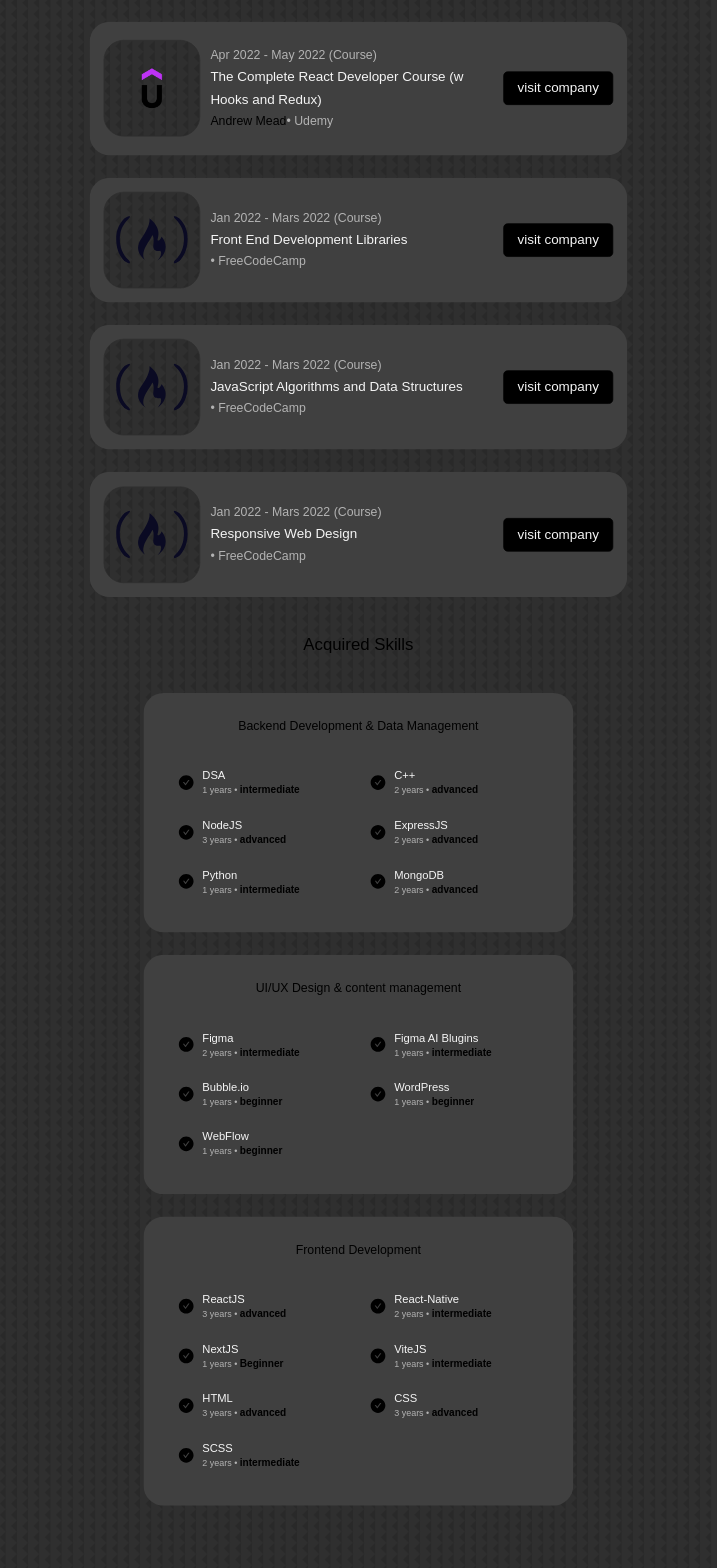
Repository: Z-Bahaa/project_joker_react_portfolio
Page: /
An editor plug-in stored every save of this project. The page is shown before and after the next save, followed by the edit.
The browser window is 1024 px wide. The pictures show the part of the page from y = 4260 to 6500 px (the page is 8096 px tall before and 8663 px after), at 70% of full size.
Some web fonts or font styles are not loaded; a fallback is used. The project was rebuilt for these pictures with package versions that can differ from the ones it lists, and the page was loaded fresh each time. Imported but missing from the stored project, and not drawn on this page: src/assets/resume.pdf.

Above is the page before, as saved 2023-08-21 18:28:23.

### public/index.html
<!DOCTYPE html>
<html lang="en">

<head>
  <meta charset="UTF-8">
  <meta name="viewport" content="width=device-width, initial-scale=1.0">
  <title>Zeyad Bahaa</title>
  <link rel="shortcut icon" href="/Logo.png" />
</head>

<body>
  <div id="root"></div>
</body>

</html>

### src/App.jsx
import Header from './components/header/Header'
import Nav from './components/nav/Nav'
import About from './components/about/About'
import Experience from './components/experience/Experience'
// import Services from './components/services/Services'
import Portfolio from './components/portfolio/Portfolio'
// import Testimonials from './components/testimonials/Testimonials'
import Contact from './components/contact/Contact'
import Footer from './components/footer/Footer'


const App = () => {
  return (
    <>
      <Header />
      <Nav />
      <About />
      <Portfolio />
      <Experience />
      {/* <Services /> */}
{/*       <Testimonials /> */}
      <Contact />
      <Footer />

    </>
  )
}

export default App

### src/components/header/Header.jsx
import './header.css';
import CTA from './CTA'
import ME from '../../assets/me-3.png'
import HeaderSocials from './HeaderSocials'

const Header = () => {
  return (
    <div className='header container' id='home'>
      <div className='header__container'>
        <h5>Hello, I'm</h5>
        <h1>Zeyad Bahaa</h1>
        <h5 className="text-light">Software & web development Enthusiast</h5>
        <CTA />
        <HeaderSocials />

        <div className="me">
          <img src={ME} alt="" />
        </div>

        <a href='#contact' className="scroll__down">Scroll Down</a>
      </div>
    </div>
  )
}

export default Header

### src/components/nav/Nav.jsx
import './nav.css'
import { AiOutlineHome, AiOutlineUser, AiOutlineMessage } from 'react-icons/ai'
import { BiBookAlt } from 'react-icons/bi'
import { BsBagDash } from 'react-icons/bs'
import { useState} from 'react'

const Nav = () => {
  const [activeNav, setActiveNAv] = useState('#')
  return (
    <div className="nav">
      <a href="#home" className={activeNav === '#' ? 'active' : ''} onClick={() => setActiveNAv('#')}><AiOutlineHome /></a>
      <a href="#about" className={activeNav === '#about' ? 'active' : ''} onClick={() => setActiveNAv('#about')}><AiOutlineUser /></a>
      <a href="#portfolio" className={activeNav === '#services' ? 'active' : ''} onClick={() => setActiveNAv('#services')}><BsBagDash /></a>
      <a href="#experience" className={activeNav === '#experience' ? 'active' : ''} onClick={() => setActiveNAv('#experience')}><BiBookAlt /></a>
      <a href="#contact" className={activeNav === '#contact' ? 'active' : ''} onClick={() => setActiveNAv('#contact')}><AiOutlineMessage /></a>
    </div>
  )
}

export default Nav

### src/components/about/About.jsx
import './about.css'
import ME from '../../assets/me-3.png'
/* import { FiAward, FiUsers } from 'react-icons/fi'
import { AiFillFolderOpen } from 'react-icons/ai' */
const About = () => {
  return (
    <div className="section" id="about">
      <h5>Get To Know</h5>
      <h2>About Me</h2>

      <div className="container about__container">
        <div className="about__me">
          <div className="about__me-image">
            <img src={ME} alt="About" />
          </div>
        </div>

        <div className="about__content">
          {/* <div className="about__cards">

            <div className="about__card">
              <FiAward className="about__icon" />
              <h5>Experience</h5>
              <small>3+ Years Working</small>
            </div>

            <div className="about__card">
              <FiUsers className="about__icon" />
              <h5>Clients</h5>
              <small>200+ Worldwide</small>
            </div>

            <div className="about__card">
              <AiFillFolderOpen className="about__icon" />
              <h5>Projects</h5>
              <small>80+ Completed Projects</small>
            </div>

          </div> */}

          <p>
          Confident young professional with a passion for learning and development. eager to leverage education and training in the software development space to support the growth and success of a High performing organization. Strong track record of settling effective goals and leading teams to achieve those goals. committed to continuous improvement and driving team success.
          </p>

          <a href="#contact" className="btn btn-primary">Let's Talk</a>
        </div>
      </div>
    </div>
  )
}

export default About

### src/components/experience/Experience.jsx
import './experience.css'
import {skills, experience} from '../../data/experiences'
import { AiFillCheckCircle } from 'react-icons/ai'

const Experience = () => {
  return (
    <div className="section" id="experience">
      <h5>What Skills Do I Have?</h5>
      <h2>My Experiences</h2>
      <div className="history__container">
        {
          experience.map((e) => (
            <div>
              <div className="image-container">
                <img src={e.image} alt='company logo'/>
              </div>
              <div className="course-details-container">
                <p>{e.date}</p>
                <h1>{e.title}</h1>
                <section>
                  <span>{e.address.city}</span>
                  <p> • {e.address.country}</p>
                </section>
              </div>
              <a href={e.url} target="_blank" rel="noreferrer">
                <button className="btn btn-primary" >
                  <h1>visit company</h1>
                </button>
              </a>
            </div>
          ))
        }
      </div>
      <h2>Acquired Skills</h2>
      <div className="experience__container">
        {
          skills.map((field) => (
            <div>
              <h3>{field.title}</h3>
              <div className="experience__content">
                {
                  field.list.map((item) => (
                    <div className="experience__details">

                        <AiFillCheckCircle className="experience__details-icon"/>
                        <div>
                          <h4>{item.name}</h4>
                          <small>{(item.experience + " ")} • <span>{" " + item.level}</span> </small>
                        </div>
                    </div>
                  ))
                }
              </div>
            </div>
          ))
        }
      </div>

    </div>
  )
}

export default Experience

### src/components/portfolio/Portfolio.jsx
import './portfolio.css'
import projects from '../../data/projects'



const Portfolio = () => {
  return (
    <div className="section" id='portfolio'>
      <h5>My Recent Work</h5>
      <h2>Portfolio</h2>

      <div className="container portfolio__container">
        {
          projects.map(item => (
            <div  key={item.id} className="portfolio__item">
              <img src={item.img} className="portfolio__item-image" alt=""/>
              <h3>{item.title || 'This is a portfolio item title'}</h3>
              <p>{item.tech || 'This is a portfolio item title'}</p>
              <div className="portfolio__item-cta">
                <a className="btn" href={item.github} target='_blank' rel="noreferrer">Github</a>
                <a className="btn btn-primary" href={item.demo} target='_blank' rel="noreferrer">Live Demo</a>
              </div>
            </div>
          ))
        }
      </div>
    </div>
  )
}

export default Portfolio

### src/components/contact/Contact.jsx
import './contact.css'
import { AiOutlineMail, AiOutlineWhatsApp } from 'react-icons/ai'
import { RiMessengerLine } from 'react-icons/ri'


const Contact = () => {

  return (
    <div className="section" id="contact">
      <h5>Get In Touch</h5>
      <h2>Contact Me</h2>

      <div className="container contact__container">
        <div className="contact__options">

          <div className="contact__option">
            <AiOutlineMail className='contact__option-icon'/>
            <h4>Email</h4>
            <h5>zizobahaapersonal@gmail.com</h5>
            <a href="mailto:zizobahaapersonal@gmail.com">Send a message</a>
          </div>

          <div className="contact__option">
            <RiMessengerLine className='contact__option-icon'/>
            <h4>Messenger</h4>
            <h5>Zizo Bahaa</h5>
            <a href="https://m.me/100071918118359">Send a message</a>
          </div>
          <div className="contact__option">
            <AiOutlineWhatsApp className='contact__option-icon' />
            <h4>WhatsApp</h4>
            <h5>+201020730202</h5>
            <a href="https://api.whatsapp.com/send?phone=201020730202" >Send a message</a>
          </div>

        </div>

{        <form
          // ref={form}
          // onSubmit={sendEmail}
          >
          <input type="text" name="name" placeholder="Your Full Name" required/>
          <input type="email" name="email" placeholder="Your Email" required/>
          <textarea name="message" placeholder="Your Message" rows="7" required/>
          <button type="submit" className="btn btn-primary">send Message</button>
        </form>}
      </div>
    </div>
  )
}

export default Contact

### src/components/footer/Footer.jsx
import './footer.css'
import { AiOutlineLinkedin, AiOutlineFacebook, } from 'react-icons/ai'
import { FiTwitter, FiGithub, FiInstagram } from 'react-icons/fi'
import { FaTiktok } from 'react-icons/fa'
import { SiMyanimelist } from 'react-icons/si'

const Footer = () => {
  return (
    <div className="footer">
      <a href="#home" className="footer__icon">Z. bahaa</a>

      <ul className="permalinks">
        <li><a href="#home">Home</a></li>
        <li><a href="#about">About</a></li>
        <li><a href="#experience">Experience</a></li>
        {/* <li><a href="#services">Services</a></li> */}
        <li><a href="#portfolio">Portfolio</a></li>
        {/* <li><a href="#testimonials">Testimonials</a></li> */}
        <li><a href="#contact">Contact</a></li>
      </ul>

      <div className="footer__socials" >
        <a href='https://www.linkedin.com/in/z-bahaa-194022234/' target='_blank' rel="noreferrer"><AiOutlineLinkedin /></a>
        <a href='https://github.com/Z-Bahaa' target='_blank' rel="noreferrer"><FiGithub /></a>
        <a href='https://www.facebook.com/profile.php?id=100071918118359' target='_blank' rel="noreferrer"><AiOutlineFacebook /></a>
      </div>

      <div className="footer__coptright">
        <small>&copy; Z.bahaa. All rights reserved.</small>
      </div>
    </div>
  )
}

export default Footer

### src/components/header/header.css
.header {
  min-height: 120vh;
  padding-top: 7rem;
  /* overflow: hidden; */
}

.header__container {
  text-align: center;
  height: 100%;
  position: relative;
}

.cta {
  margin-top: 2.5rem;
  display: flex;
  gap: 1.2rem;
  justify-content: center;
}

.header__socials {
  display: flex;
  flex-direction: column;
  position: absolute;
  left: 0;
  bottom: 2rem;
  gap: 1rem;
}

.header__socials::after {
  content: "";
  width: 1px;
  height: 2rem;
  background: var(--color-primary);
  align-self: center;
}

.me {
  background: linear-gradient(var(--color-primary), transparent);
  width: 22rem;
  max-height: 27rem;
  position: absolute;
  left: calc(50% - 11rem);
  margin-top: 4rem;
  border-radius: 12rem 12rem 0 0;
  -webkit-border-radius: 12rem 12rem 0 0;
  -moz-border-radius: 12rem 12rem 0 0;
  -ms-border-radius: 12rem 12rem 0 0;
  -o-border-radius: 12rem 12rem 0 0;
  overflow: hidden;
  /* padding: 5rem 1.5rem 1.5rem 1.5rem; */
}
/* .me img {
  min-height: 40rem;
} */

.scroll__down {
  position: absolute;
  right: 0rem;
  bottom: 5rem;
  transform: rotate(90deg);
  -webkit-transform: rotate(90deg);
  -moz-transform: rotate(90deg);
  -ms-transform: rotate(90deg);
  -o-transform: rotate(90deg);
  font-weight: 300;
  font-size: 0.9rem
}

@media screen and (max-width: 1024px) {
  .header {
    height: 70vh;
  }
}

@media screen and (max-width: 600px) {
  .header {
    height: 100vh;
  }


}

### src/components/header/CTA.jsx
import CV from '../../assets/resume.pdf'

import React from 'react'

const CTA = () => {
  return (
    <div className="cta">
      <a href={CV} className='btn'>Download CV</a>
      <a href="#contact" className="btn btn-primary">Let's Talk</a>
    </div>
  )
}

export default CTA

### src/components/header/HeaderSocials.jsx
import { AiOutlineLinkedin, AiOutlineFacebook,} from 'react-icons/ai'
import {FiGithub} from 'react-icons/fi'



const HeaderSocials = () => {
  return (
    <div className="header__socials">
      <a href='https://www.linkedin.com/in/zizo-bahaa' target='_blank'  rel="noreferrer"><AiOutlineLinkedin /></a>
      <a href='https://github.com/Z-Bahaa' target='_blank'  rel="noreferrer"><FiGithub /></a>
      <a href='https://www.facebook.com/profile.php?id=100071918118359' target='_blank'  rel="noreferrer"><AiOutlineFacebook /></a>
    </div>
  )
}

export default HeaderSocials

### src/components/nav/nav.css
.nav {
  background: rgba(0, 0, 0, 0.3);
  width: max-content;
  display: block;
  padding: 0.7em 1.7em;
  z-index: 2;
  position: fixed;
  left: 50%;
  transform: translateX(-50%);
  -webkit-transform: translateX(-50%);
  -moz-transform: translateX(-50%);
  -ms-transform: translateX(-50%);
  -o-transform: translateX(-50%);
  bottom: 2rem;
  display: flex;
  gap: 0.8rem;
  border-radius: 3rem;
  -webkit-border-radius: 3rem;
  -moz-border-radius: 3rem;
  -ms-border-radius: 3rem;
  -o-border-radius: 3rem;
  backdrop-filter: blur(15px);
}

.nav a {
  background: transparent;
  padding: 0.8rem;
  border-radius: 50%;
  -webkit-border-radius: 50%;
  -moz-border-radius: 50%;
  -ms-border-radius: 50%;
  -o-border-radius: 50%;
  display: flex;
  color: var(--color-light);
  font-size: 1.1rem;
}

.nav a:hover {
  background: rgba(0, 0, 0, 0.3);
}

.nav a.active {
  background: var(--color-primary);
  color: var(--color-bg)
}

### src/components/experience/experience.css
.experience__container {
  display: grid;
  grid-template-columns: 1fr 1fr;
  justify-content: center;
  gap: 2rem;
  margin-inline: 8rem;
}

.history__container {
  display: grid;
  grid-template-columns: 1fr;
  justify-content: center;
  gap: 2rem;
  margin-inline: 8rem;
  margin-bottom: 3rem;
}

.experience__container>div, .history__container>div {
  background: var(--color-bg-variant);
  display: flex;
  flex-direction: column;
  justify-content: center;
  width: 100%;
  padding: 2.4rem 5rem;
  border-radius: 1.8rem;
  -webkit-border-radius: 1.8rem;
  -moz-border-radius: 1.8rem;
  -ms-border-radius: 1.8rem;
  -o-border-radius: 1.8rem;
  border: 1px solid transparent;
  transition: var(--transition);
  -webkit-transition: var(--transition);
  -moz-transition: var(--transition);
  -ms-transition: var(--transition);
  -o-transition: var(--transition);
}

.history__container>div {
  display: flex;
  flex-direction: row;
  align-items: center;
  justify-content: flex-start;
  padding: 1.2rem;
}

.history__container>div .image-container{
  aspect-ratio: 1;
  display: flex;
  align-items: center;
  justify-content: center;
  width: fit-content;
  padding: 1rem;
  /* background-color: red; */
  border-radius: 1.8rem;
  -webkit-border-radius: 1.8rem;
  -moz-border-radius: 1.8rem;
  -ms-border-radius: 1.8rem;
  -o-border-radius: 1.8rem;
  background: var(--color-bg);
  background-image: url(../../assets/bg-texture.png);
  border-color: var(--color-bg);
  border-style: solid;
  border-width: 1px;
  margin-inline-end: .1rem;
}

.history__container>div .image-container img{
  width: 6.5rem;
  border-radius: 1.8rem;
  -webkit-border-radius: 1.8rem;
  -moz-border-radius: 1.8rem;
  -ms-border-radius: 1.8rem;
  -o-border-radius: 1.8rem;
}

.experience__container>div:hover, .history__container>div:hover {
  background: transparent;
  border-color: var(--color-primary-variant);
  cursor: default;
}

.history__container>div .course-details-container{
  padding: .8rem;
  display: flex;
  width: 100%;
  height: 100%;
  /* background-color: red; */
  flex-direction: column;
  justify-content: center;
  align-items: flex-start;

}
.history__container>div h1{
  font-size: 1.2rem;

}

.history__container>div .course-details-container section{
  display: flex;

}

.history__container>div .course-details-container  span {
  text-align: center;
  font-size: 1.1rem;
  /* margin-bottom: 2rem; */
  color: var(--color-primary);

}
.history__container>div .course-details-container  p {
  text-align: center;
  font-size: 1.1rem;
  /* margin-bottom: 1rem; */
  color: var(--color-light);

}

.history__container>div button {
  color: var(--color-white);
  min-width: fit-content;

}

.experience__container>div h3 {
  text-align: center;
  font-size: 1.1rem;
  margin-bottom: 2rem;
  color: var(--color-primary);
}

.experience__content {
  display: grid;
  grid-template-columns: 1fr 1fr;
  width: 100%;
  justify-content: space-between;
  /* background-color: red; */
  align-items: space-between;
  gap: 2rem;
  row-gap: 1.9rem;
}

.experience__details {
  display: flex;
  /* background-color: red; */
  width: fit-content;
  align-items: center;
  gap: .7rem;
}

.experience__details-icon {
  margin-bottom: 6px;
  font-size: 1.5rem;
  color: var(--color-primary);
}

.experience__details div {
  display: flex;
  flex-direction: column;
  gap: 0;
  align-items: flex-start;
  justify-content: center;
}

.experience__details div h4 {
  text-align: center;
  font-size: 1rem;
  line-height: 1rem;
  color: var(--color-white);
}

.experience__details div small {
  text-align: center;
  font-size: .8rem;
  /* line-height: 1rem; */
  color: var(--color-light);
}

.experience__details div span {
  text-align: center;
  font-size: .9rem;
  font-weight: bold;
  color: var(--color-primary);
}

@media screen and (max-width: 1024px) {
  .experience__container {
    grid-template-columns: 1fr;
    gap: 2rem;
  }

  .experience__container>div {
    width: 80%;
    padding: 2rem;
    margin: 0 auto;
  }

  .experience__content {
    padding: 1rem;
  }
}

@media screen and (max-width: 600px) {
  .experience__container {
    gap: 1rem;
  }

  .experience__container>div {
    width: 100%;
    padding: 2rem 1rem;
    margin: 0 auto;
  }
}

### src/components/portfolio/portfolio.css
.portfolio__container {
  display: grid;
  grid-template-columns: repeat(2, 1fr);
  gap: 2.5rem;
}

.portfolio__item {
  background: var(--color-bg-variant);
  padding: 1.2rem;
  border-radius: 2rem;
  -webkit-border-radius: 2rem;
  -moz-border-radius: 2rem;
  -ms-border-radius: 2rem;
  -o-border-radius: 2rem;
  border: 1px solid transparent;
  transition: var(--transition);
  -webkit-transition: var(--transition);
  -moz-transition: var(--transition);
  -ms-transition: var(--transition);
  -o-transition: var(--transition);
}

.portfolio__item:hover {
  border-color: var(--color-primary-variant);
  background: transparent;
}

.portfolio__item-image {
  border-radius: 1.5rem;
  -webkit-border-radius: 1.5rem;
  -moz-border-radius: 1.5rem;
  -ms-border-radius: 1.5rem;
  -o-border-radius: 1.5rem;
  overflow: hidden;
}

.portfolio__item h3 {
  margin: 0rem 0.2rem;
  margin-top: 1rem;
}

.portfolio__item p {
  margin: 0rem 0.2rem;
  margin-bottom: 1rem;
  font-size: 1rem;
  color: var(--color-light);
}

.portfolio__item-cta {
  display: flex;
  align-self: flex-end;
  gap: 1rem;
  margin-bottom: 1rem;
}

@media screen and (max-width: 1024px) {
  .portfolio__container {
    grid-template-columns: 1fr 1fr;
    gap: 1.2rem;
  }
}

@media screen and (max-width: 600px) {
  .portfolio__container {
    grid-template-columns: 1fr;
    gap: 1rem;
  }
}

### src/components/contact/contact.css
.container.contact__container {
  width: 58%;
  display: grid;
  grid-template-columns: 30% 58%;
  gap: 12%;
}

.contact__options {
  display: flex;
  flex-direction: column;
  gap: 1.2rem;
}

.contact__option {
  background: var(--color-bg-variant);
  padding: 1.2rem;
  border-radius: 1.2rem;
  -webkit-border-radius: 1.2rem;
  -moz-border-radius: 1.2rem;
  -ms-border-radius: 1.2rem;
  -o-border-radius: 1.2rem;
  text-align: center;
  border: 1px solid transparent;
  transition: var(--transition);
  overflow: hidden;
}

.contact__option:hover {
  background: transparent;
  border-color: var(--color-primary-variant);
}

.contact__option-icon {
  font-size: 1.5rem;
  margin-bottom: 0.5rem;

}

.contact__option a {
  margin-top: 0.7rem;
  display: inline-block;
  font-size: .8rem;
}

form {
  display: flex;
  flex-direction: column;
  gap: 1.2rem;
}

input, textarea {
  width: 100%;
  padding: 1.5rem;
  border-radius: 0.5rem;
  -webkit-border-radius: 0.5rem;
  -moz-border-radius: 0.5rem;
  -ms-border-radius: 0.5rem;
  -o-border-radius: 0.5rem;
  background: transparent;
  border: 1px solid var(--color-primary-variant);
  resize: none;
  color: var(--color-white);
}

@media screen and (max-width: 1024px) {
  .container.contact__container {
    grid-template-columns: 1fr;
    gap: 2rem;
  }
}

@media screen and (max-width: 600px) {
  .container.contact__container {
    width: var(--container-width-sm);
  }
}

### src/components/footer/footer.css
.footer {
  background: var(--color-primary);
  padding: 3rem 0;
  padding-bottom: 0;
  text-align: center;
  font-size:0.9rem;
  margin-top: 7rem;
}

.footer a {
  color: var(--color-bg);
}

.footer__icon {
  font-size:2rem;
  font-weight: 500;
  margin-bottom: 2rem;
  display: inline-block;
}

.permalinks {
  display: flex;
  flex-wrap: wrap;
  justify-content: center;
  gap: 2rem;
  margin: 0 auto 3rem;
}

.footer__socials {
  display: flex;
  justify-content: center;
  gap: 1rem;
  margin-bottom: 4rem;
}

.footer__socials a {
  background: var(--color-bg);
  color: var(--color-white);
  padding: 0.8rem;
  border-radius: 0.7rem;
  -webkit-border-radius: 0.7rem;
  -moz-border-radius: 0.7rem;
  -ms-border-radius: 0.7rem;
  -o-border-radius: 0.7rem;
  display: flex;
  border: 1px solid transparent;
  margin-bottom: 5rem;
}

.footer__socials a:hover {
  background: transparent;
  color: var(--color-bg);
  border-color: var(--color-bg);

}

.footer__copyright {
  margin-bottom: 4rem;
  color: var(--color-bg);
}

@media screen and (max-width: 600px) {
  .permalinks {
    flex-direction: column;
    gap: 1.5rem;
  }
}

Loaded but not shown: src/data/experiences.js (207 lines, source omitted); src/data/projects.js (65 lines, source omitted); src/index.js (5 lines, source omitted); src/index.css (151 lines, source omitted); src/components/about/about.css (141 lines, source omitted)

After the next save:
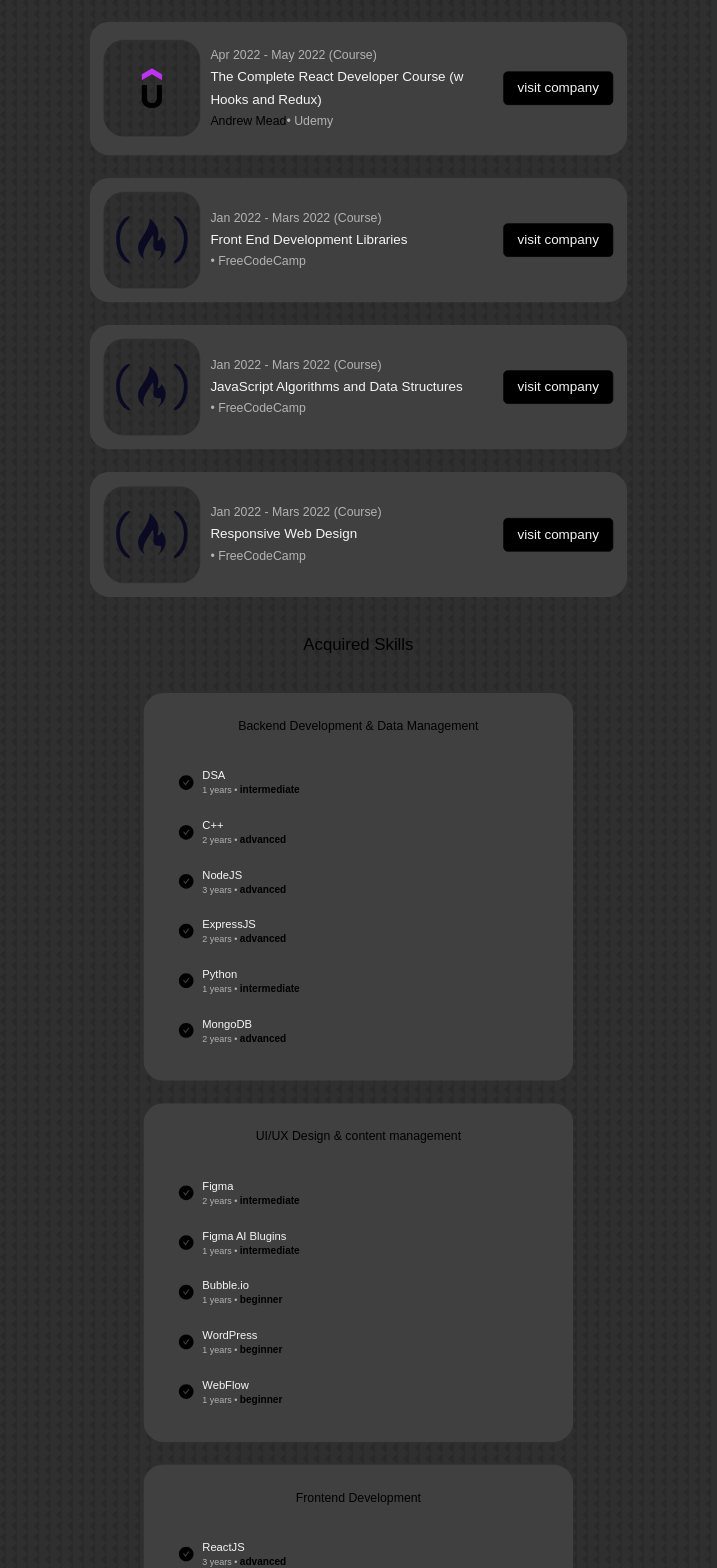
Saved 3 min 50 s later.
--- a/src/components/experience/experience.css
+++ b/src/components/experience/experience.css
@@ -196,6 +196,7 @@
 
   .experience__content {
     padding: 1rem;
+    grid-template-columns: 1fr;
   }
 }
 
